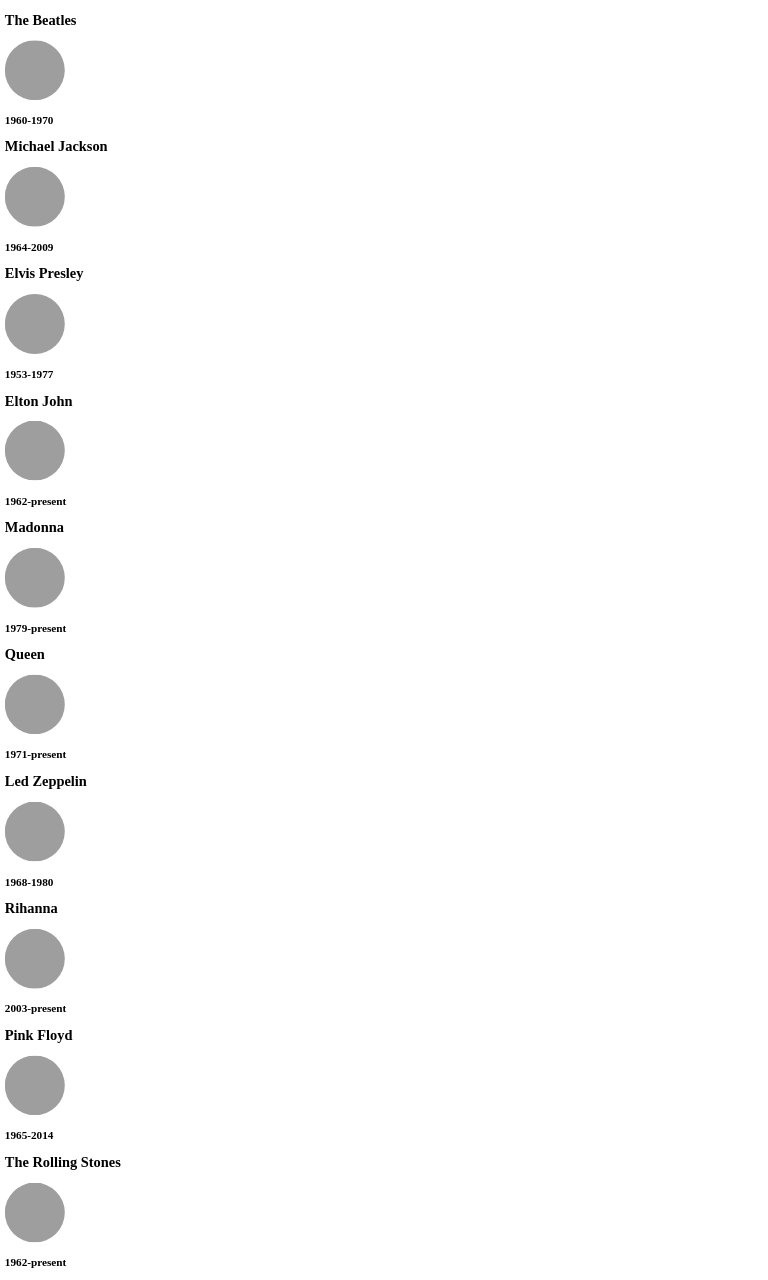
Repository: MelissaJacobi/Frontend-lab-2
Page: /
These files come from the project's save history. The page is drawn as it stood at one moment and after the next save; the edit follows.
The browser window is 1280 px wide. The pictures show the whole page, at 60% of full size.
Pictures or frames that could not be fetched are drawn as grey boxes. The project was rebuilt for these pictures with package versions that can differ from the ones it lists, and the page was loaded fresh each time. Also part of the build but not shown: vite.config.js.

Above is the page before, as saved 2024-09-19 13:46:55.

After the next save:
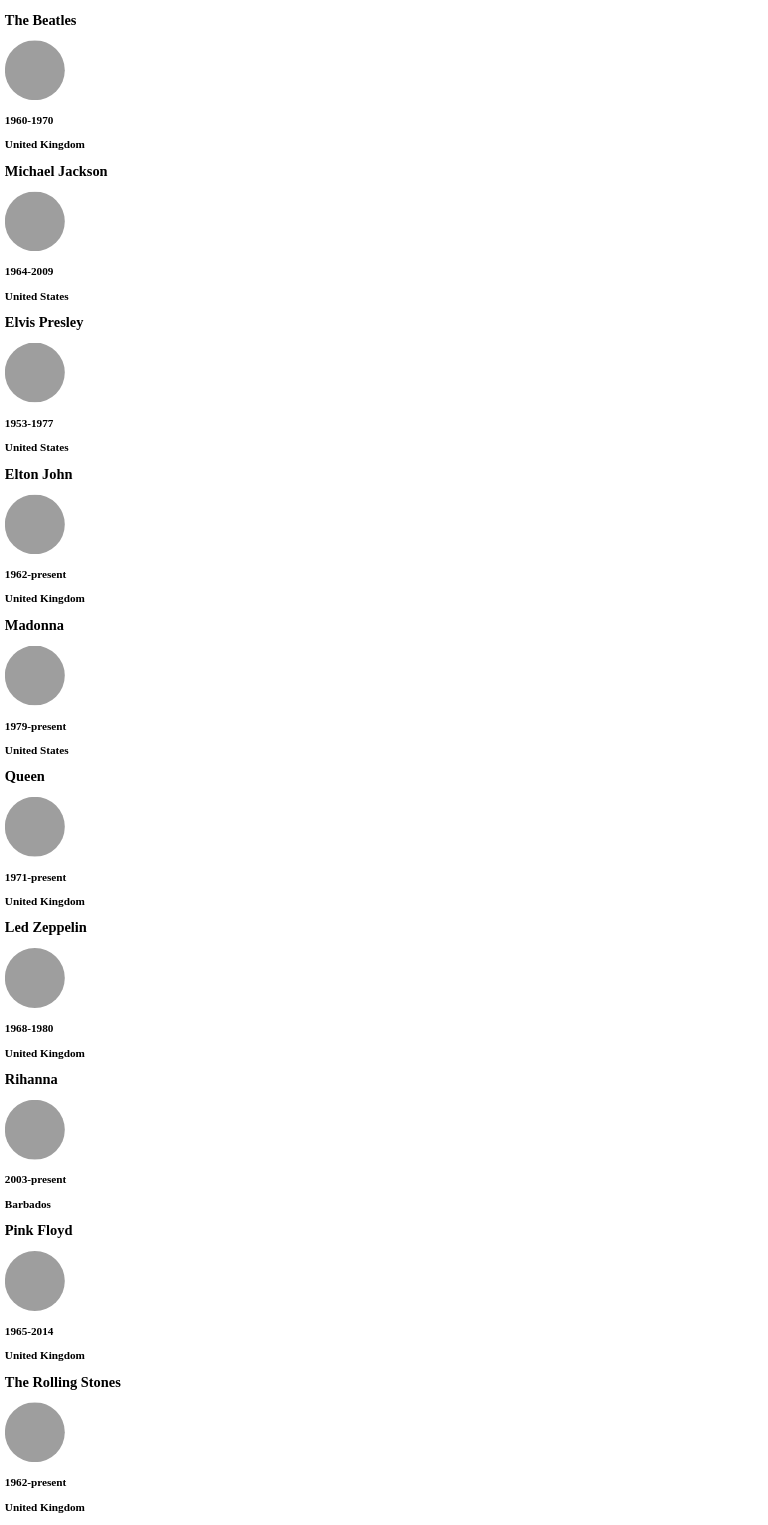
Saved 11 s later.
--- a/src/components/ArtistDetails.jsx
+++ b/src/components/ArtistDetails.jsx
@@ -7,6 +7,7 @@
         <h2>{artistName}</h2>
         <img src={artistURL} alt={artistName} className="photo" />
         <h3>{artistActive}</h3>
+        <h3>{artistCountry}</h3>
     </div>
   );
 }
